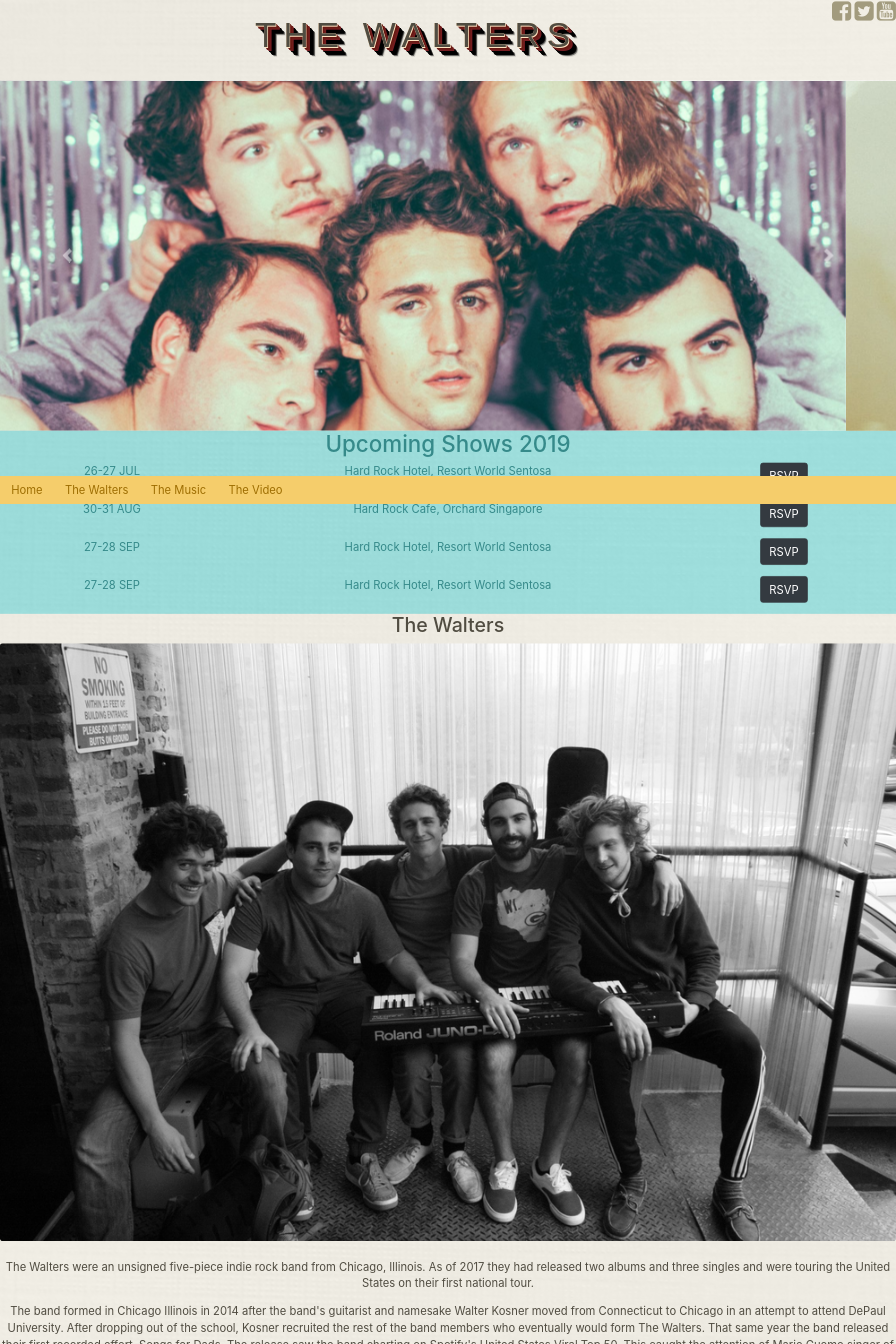
Repository: yucheng91/CIassignment1
Page: index.html
The author's editor kept a record of every edit. The page is drawn from the files as they stood at one moment, then again after the next edit.
The browser window is 1280 px wide. The pictures show the part of the page from y = 0 to 1920 px (the page is 4486 px tall), at 70% of full size.

Above is the page before.

After the next edit:
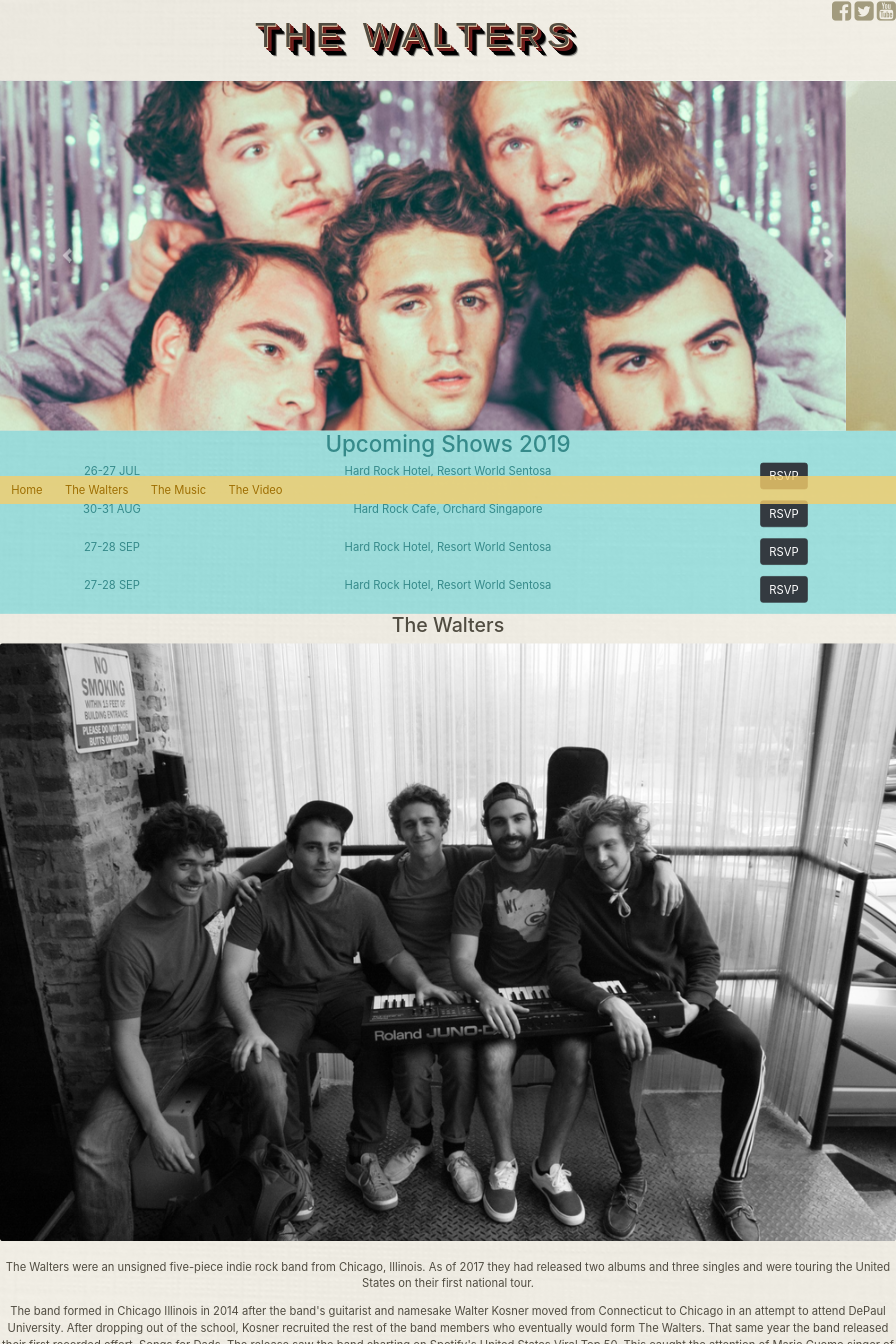
The edit:
--- a/newstyle.css
+++ b/newstyle.css
@@ -95,7 +95,7 @@
     bottom: 0;
     width: 100%;
     padding:0;
-    background-color:#f5cd6b;
+    background-color:#f5cd6bCC;
 }
 
 footer a {
